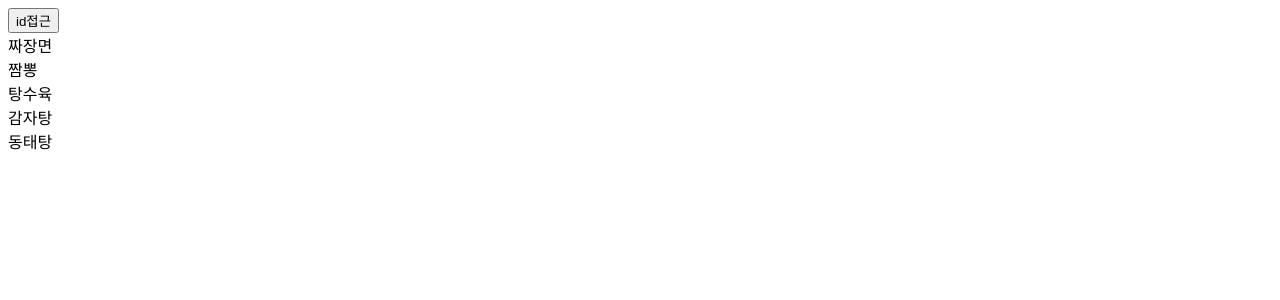
Repository: goalki/pension
Page: http://localhost/pension/etc/js.jsp
The author's editor kept a copy of each file at every save. The page is drawn from the files as they stood at one save, then again after the next save.
The browser window is 1280 px wide. The pictures show the whole page.
The page is served by Tomcat 9.

Above is the page before, as saved 2021-01-15 05:01:30.

After the next save:
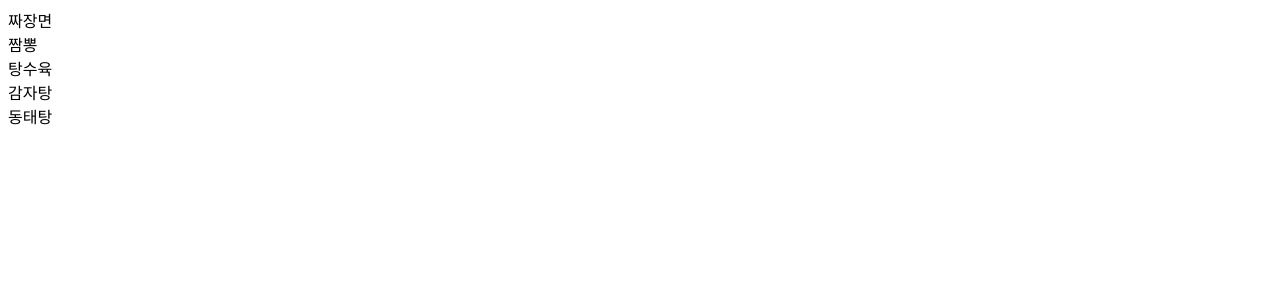
Saved 5 s later.
--- a/pension/WebContent/etc/js.jsp
+++ b/pension/WebContent/etc/js.jsp
@@ -14,7 +14,7 @@
  </script>
 </head>
 <body>
-  <input type="button" value="id접근" onclick="imsi()">
+
   <div id="menu"> 짜장면 </div>
   <div id="menu"> 짬뽕 </div>
   <div id="menu"> 탕수육 </div>

After the 2 saves that followed:
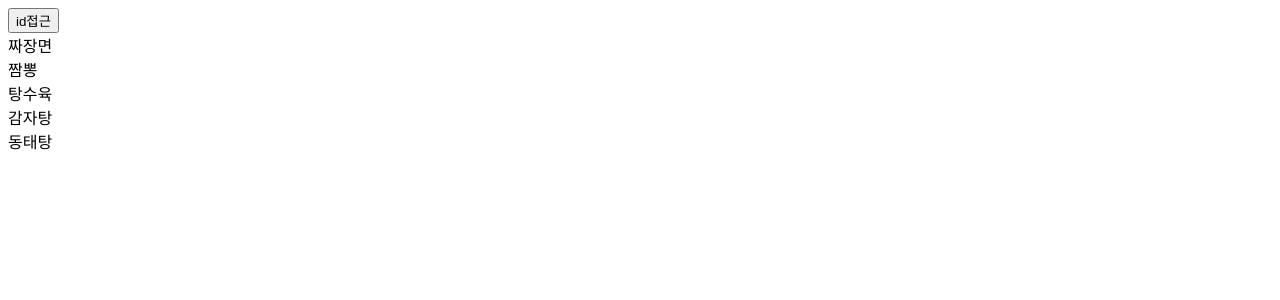
The 2 saves are shown as one change because 1 left the picture as it was.
The last was saved 73 s later.
--- a/pension/WebContent/etc/js.jsp
+++ b/pension/WebContent/etc/js.jsp
@@ -14,7 +14,7 @@
  </script>
 </head>
 <body>
-
+  <input type="button" value="id접근" onclick="imsi()">
   <div id="menu"> 짜장면 </div>
   <div id="menu"> 짬뽕 </div>
   <div id="menu"> 탕수육 </div>
